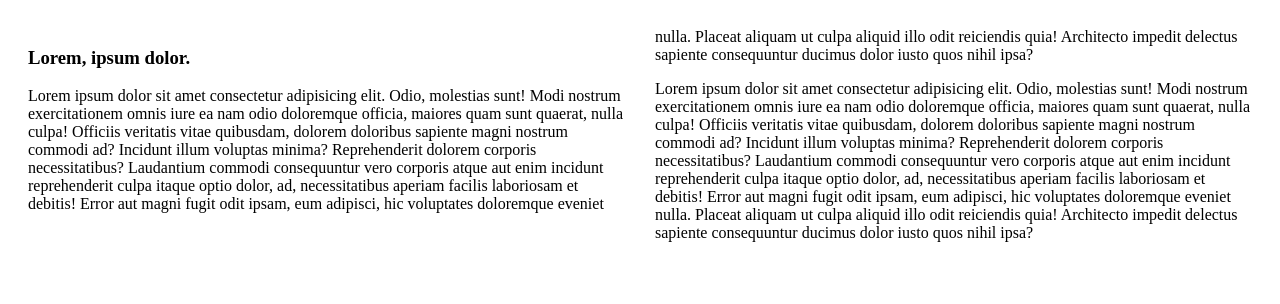
Repository: dinhhaidh/slider-book
Page: index.html
An editor plug-in stored every save of this project. The page is shown before and after a run of saves, followed by the edit.
The browser window is 1280 px wide. The pictures show the whole page.

Above is the page before, as saved 2024-01-15 09:15:19.

### index.html
<!DOCTYPE html>
<html lang="en">
<head>
    <meta charset="UTF-8">
    <meta name="viewport" content="width=device-width, initial-scale=1.0">
    <title>Document</title>
</head>
<style>
    .content{
        columns: 200px 2;
        column-gap: 30px;
        padding: 20px;
    }
    .title{
        colum
    }
</style>
<body>
    <div class="content">
        <h3 class="title">Lorem, ipsum dolor.</h3>
        <p>Lorem ipsum dolor sit amet consectetur adipisicing elit. Odio, molestias sunt! Modi nostrum exercitationem omnis iure ea nam odio doloremque officia, maiores quam sunt quaerat, nulla culpa! Officiis veritatis vitae quibusdam, dolorem doloribus sapiente magni nostrum commodi ad? Incidunt illum voluptas minima? Reprehenderit dolorem corporis necessitatibus? Laudantium commodi consequuntur vero corporis atque aut enim incidunt reprehenderit culpa itaque optio dolor, ad, necessitatibus aperiam facilis laboriosam et debitis! Error aut magni fugit odit ipsam, eum adipisci, hic voluptates doloremque eveniet nulla. Placeat aliquam ut culpa aliquid illo odit reiciendis quia! Architecto impedit delectus sapiente consequuntur ducimus dolor iusto quos nihil ipsa?</p>
        <div class="content-wp">
            <p>Lorem ipsum dolor sit amet consectetur adipisicing elit. Odio, molestias sunt! Modi nostrum exercitationem omnis iure ea nam odio doloremque officia, maiores quam sunt quaerat, nulla culpa! Officiis veritatis vitae quibusdam, dolorem doloribus sapiente magni nostrum commodi ad? Incidunt illum voluptas minima? Reprehenderit dolorem corporis necessitatibus? Laudantium commodi consequuntur vero corporis atque aut enim incidunt reprehenderit culpa itaque optio dolor, ad, necessitatibus aperiam facilis laboriosam et debitis! Error aut magni fugit odit ipsam, eum adipisci, hic voluptates doloremque eveniet nulla. Placeat aliquam ut culpa aliquid illo odit reiciendis quia! Architecto impedit delectus sapiente consequuntur ducimus dolor iusto quos nihil ipsa?</p>
        </div>
    </div>
</body>
</html>

After the next 4 saves:
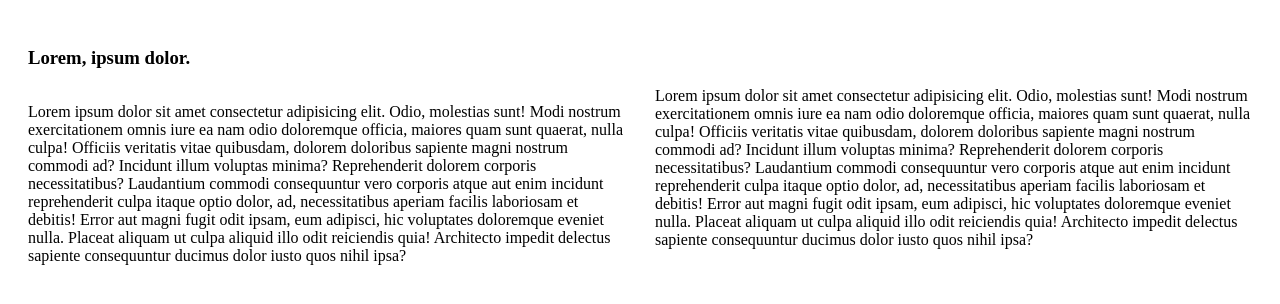
The 4 saves are shown as one change because they came seconds apart.
The last was saved 14 s later.
--- a/index.html
+++ b/index.html
@@ -12,7 +12,8 @@
         padding: 20px;
     }
     .title{
-        colum
+        column-span: all;
+        display: block;
     }
 </style>
 <body>
